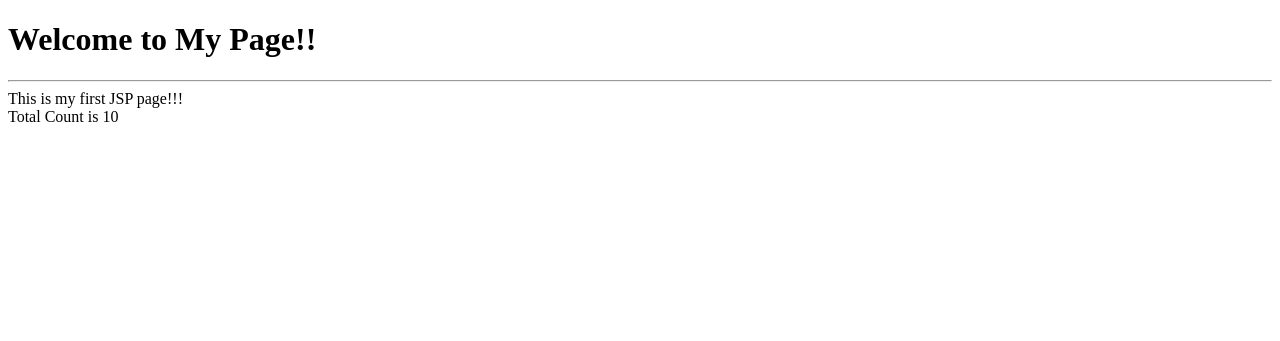
Repository: an-sehyeon/web_inworld
Page: http://localhost/web/01_script_test.jsp
The author's editor kept a copy of each file at every save. The page is drawn from the files as they stood at one save, then again after the next save.
The browser window is 1280 px wide. The pictures show the whole page.
The page is served by Tomcat 10.

Above is the page before, as saved 2024-12-14 05:41:52.

After the next save:
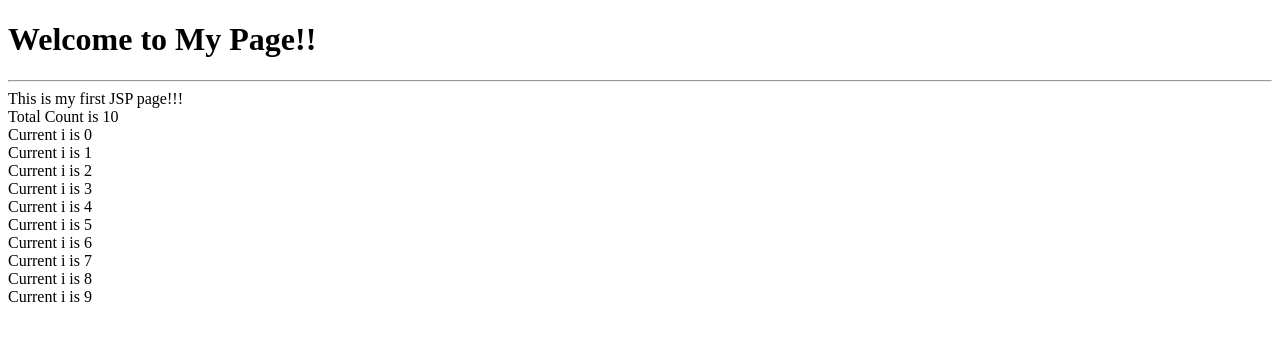
Saved 18 min 6 s later.
--- a/web_inwolrd/04_Servlet/dev/web/src/main/webapp/01_script_test.jsp
+++ b/web_inwolrd/04_Servlet/dev/web/src/main/webapp/01_script_test.jsp
@@ -23,6 +23,9 @@
 		out.println("This is my first JSP page!!!<br>");	// 사용자가 보이는 화면에 출력
 		System.out.println("드디어 출력했다...");				// 내부 콘솔에 출력
 		out.println("Total Count is " + count + "<br>");
+		for(int i = 0; i < count; i++){
+			out.println("Current i is " + i + "<br>");
+		}
 	%>
 </body>
 </html>
